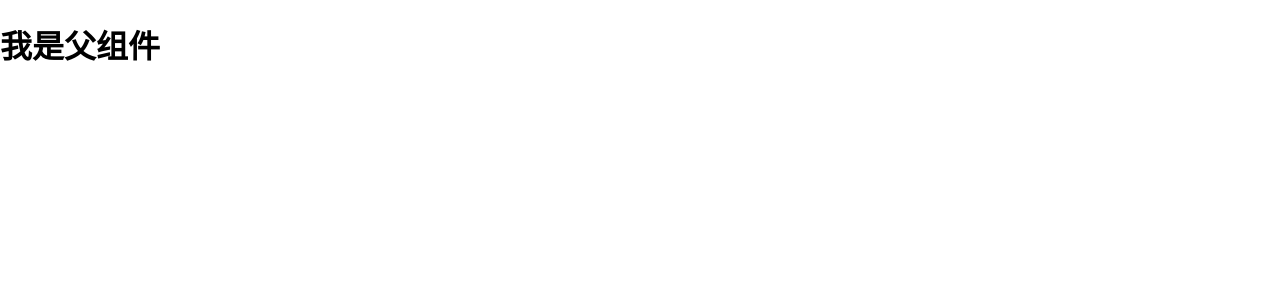
Repository: AprilChou4/cra-demo
Page: /
These files come from the project's save history. The page is drawn as it stood at one moment and after the next save; the edit follows.
The browser window is 1280 px wide. The pictures show the whole page.
The project was rebuilt for these pictures with package versions that can differ from the ones it lists, and the page was loaded fresh each time. Also part of the build but not shown: src/component/ReactLife/Child.jsx.

Above is the page before, as saved 2021-02-24 11:44:20.

After the next save:
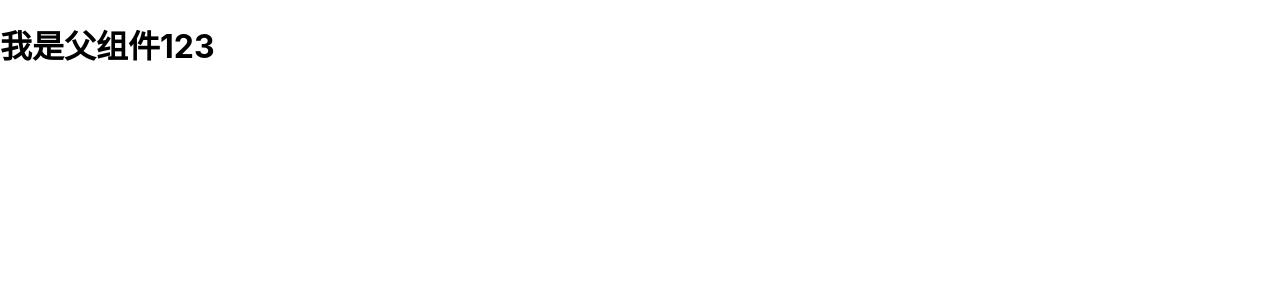
Saved 9 s later.
--- a/src/component/ReactLife/Father.jsx
+++ b/src/component/ReactLife/Father.jsx
@@ -27,11 +27,11 @@ class Father extends React.Component {
   }
 
   render() {
-    const { name, age } = this.state;
+    const { name, age, fatherAge } = this.state;
     console.log('----father----render------');
     return (
       <div className="app">
-        <h1> 我是父组件</h1>
+        <h1> 我是父组件{fatherAge}</h1>
         {/* <Child name={name} age={age} /> */}
       </div>
     );
